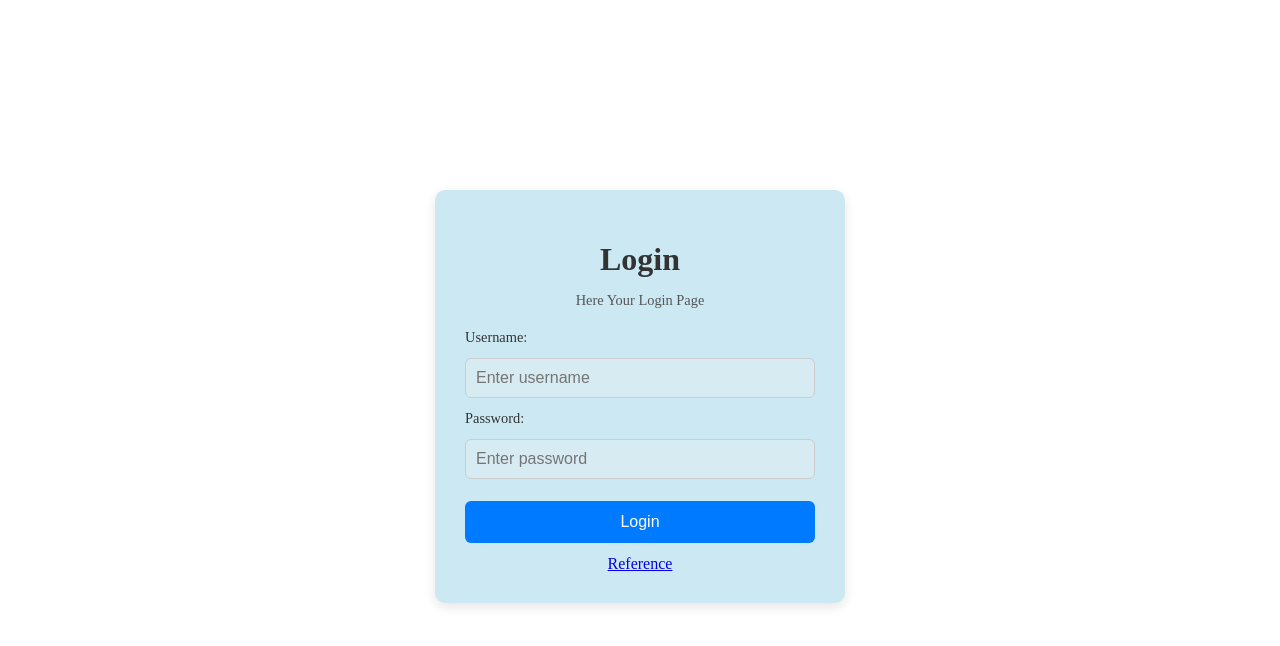
Repository: AdityaTech-Pro/FullStackWithBridgelabz
Page: login form/index.html
These files come from the project's save history. The page is drawn as it stood at one moment and after the next save; the edit follows.
The browser window is 1280 px wide. The pictures show the whole page.

Above is the page before, as saved 2025-11-17 09:45:51.
Console error: ReferenceError: inputUsername is not defined

### login form/index.html
<!DOCTYPE html>
<html lang="en">

<head>
    <meta charset="UTF-8" />
    <meta name="viewport" content="width=device-width, initial-scale=1.0" />
    <title>Login Page</title>
    <link rel="stylesheet" href="./style.css" />
</head>

<body>
    <main class="login-container">
        <h1>Login</h1>
        <p>Here Your Login Page</p>


        <div class="login-box">
            <label>Username:</label>
            <input type="text" placeholder="Enter username" disabled>


            <label>Password:</label>
            <input type="password" placeholder="Enter password" disabled>


            <button accesskey="index.html">Login</button>
            <div id="referenceBox" class="hidden">
                <a href="#" class="ref-link">Reference</a>
            </div>
        </div>
    </main>


    <script src="script.js"></script>
</body>

</html>

### login form/style.css

   //LOGIN PAGE - STYLED WITH STANDARD MODERN COLORS

body {
  /* margin: 50%; */
  /* padding: 50%; */
  font-family: Arial, Helvetica, sans-serif;
  background: #181a1bff; /* Light grey's black background */
  /* display: flex;
  justify-content: center;
  align-items: center; */
  height: 100vh;
}

.login-container {
  background: #cce9f3ff; /* White card background */
  padding: 30px;
  border-radius: 10px;
  width: 350px;
  box-shadow: 0 4px 12px rgba(0, 0, 0, 0.1); /* Soft shadow */
  text-align: center;
    margin: auto;
    margin-top: 15%;


}

h1 {
  margin-bottom: 10px;
  color: #333333; /* Dark text */
}

p {
  color: #555555; /* Medium grey */
  font-size: 0.9rem;
  margin-bottom: 20px;
}

.login-box {
  display: flex;
  flex-direction: column;
  gap: 12px;
}

label {
  text-align: left;
  font-size: 0.9rem;
  color: #333333;
}

input {
  padding: 10px;
  border: 1px solid #cccccc;
  border-radius: 6px;
  font-size: 1rem;
}

button {
  padding: 12px;
  background: #007bff; /* Standard blue button */
  color: white;
  border: none;
  border-radius: 6px;
  cursor: not-allowed; /* Disabled on purpose */
  font-size: 1rem;
  margin-top: 10px;
}

### login form/script.js
// Sample stored credentials (for demo purposes)
//const storedUsername = "admin";
//const storedPassword = "12345";

// User-provided login values (in a real system, these would come from inputs)
//const inputUsername = "admin"; // modify to test
//const inputPassword = "12345"; // modify to test

console.log("================ LOGIN AUTHENTICATION ================");
console.log(`Entered Username: ${inputUsername}`);
console.log(`Entered Password: ${inputPassword}`);
console.log("-------------------------------------------------------");

// Authentication logic
if (inputUsername === storedUsername && inputPassword === storedPassword) {
    console.log("Login Successful ✔");
    console.log("Welcome to the system!");
} else {
    console.log("Login Failed ✘");
    console.log("Invalid username or password.");
}

console.log("=======================================================");

After the next save:
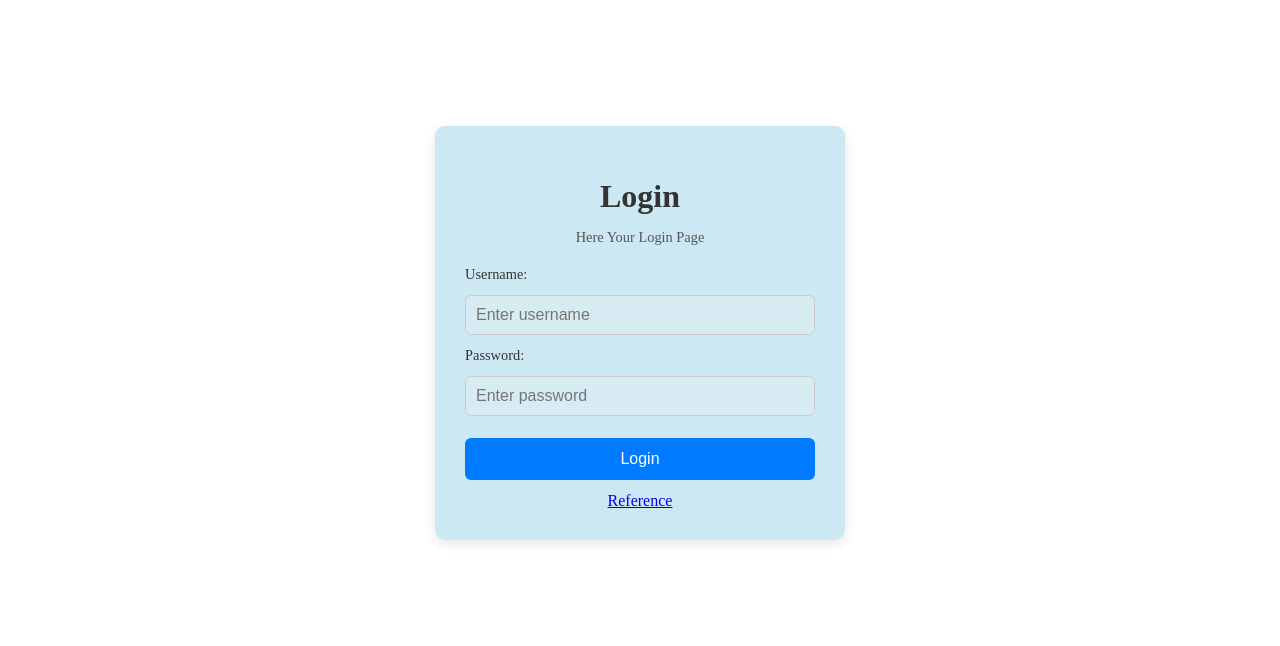
Saved 10 s later.
--- a/login form/style.css
+++ b/login form/style.css
@@ -20,7 +20,7 @@ body {
   box-shadow: 0 4px 12px rgba(0, 0, 0, 0.1); /* Soft shadow */
   text-align: center;
     margin: auto;
-    margin-top: 15%;
+    margin-top: 10%;
 
 
 }
